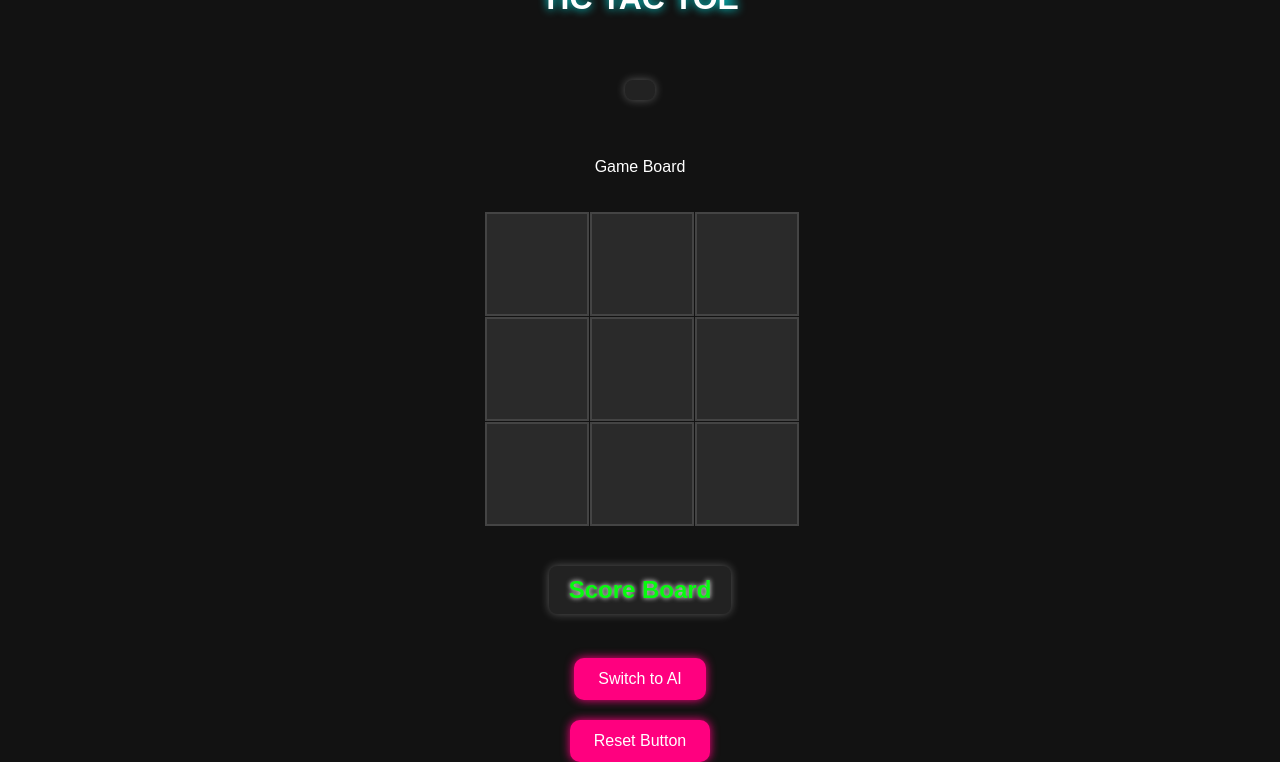
Repository: Yash19075/TicTacToe-game
Page: TicTacToe.html
These files come from the project's save history. The page is drawn as it stood at one moment and after the next save; the edit follows.
The browser window is 1280 px wide. The pictures show the whole page.

Above is the page before, as saved 2025-03-09 11:12:12.

### TicTacToe.html
<!DOCTYPE html>
<html lang="en">
<head>
    <meta charset="UTF-8">
    <meta name="viewport" content="width=device-width, initial-scale=1.0">
    <title>TicTacToe</title>
    <link rel="stylesheet" href="TicTacToe.css">
</head>
<body>
    <h1>TIC TAC TOE</h1>

    <p class="player-turn"></p>

    <p>Game Board</p>
    <div class="css-board">
        <div class="cell" onclick="handleClick(0)"></div>
        <div class="cell" onclick="handleClick(1)"></div>
        <div class="cell" onclick="handleClick(2)"></div>
        <div class="cell" onclick="handleClick(3)"></div>
        <div class="cell" onclick="handleClick(4)"></div>
        <div class="cell" onclick="handleClick(5)"></div>
        <div class="cell" onclick="handleClick(6)"></div>
        <div class="cell" onclick="handleClick(7)"></div>
        <div class="cell" onclick="handleClick(8)"></div>
    </div>
    <p class="score-board">Score Board</p>
    <button class="css-switchButton">Switch to AI</button>
    <button class="css-resetButton" onclick="button_reset()">Reset Button</button>

    <script src="TicTacToe.js"></script>
</body>
</html>

### TicTacToe.css
body {
    display: flex;
    justify-content: center;
    align-items: center;
    flex-direction: column;
    height: 100vh;
    margin: 0;
    gap: 20px;
    background-color: #121212;
    color: white;
    font-family: Arial, sans-serif;
}

h1 {
    font-size: 32px;
    text-shadow: 0 0 10px #00ffff;
}


.css-board {
    display: grid;
    grid-template-columns: repeat(3, 100px);
    grid-template-rows: repeat(3, 100px);
    gap: 5px;
}

/* Game Board Cells */
.css-board div {
    display: flex;
    justify-content: center;
    align-items: center;
    border: 2px solid #444;
    background-color: #2a2a2a;
    color: #00ffff; /* Neon cyan */
    font-size: 36px;
    font-weight: bold;
    width: 100px;
    height: 100px;
    text-shadow: 0 0 10px #00ffff;
    transition: background-color 0.3s ease-in-out, box-shadow 0.3s;
}

/* Hover effect on empty cells */
.css-board div:hover {
    background-color: #333;
    box-shadow: 0 0 10px #00ffff;
    cursor: pointer;
}

/* Buttons */
.css-switchButton, .css-resetButton {
    padding: 12px 24px;
    border-radius: 10px;
    cursor: pointer;
    font-size: 16px;
    border: none;
    background-color: #ff007f; /* Neon pink */
    color: white;
    box-shadow: 0 0 10px #ff007f;
    transition: transform 0.2s ease-in-out, background-color 0.3s, box-shadow 0.3s;
}

.css-switchButton:hover, .css-resetButton:hover {
    background-color: #ff00ff; /* Brighter glow */
    box-shadow: 0 0 15px #ff00ff;
    transform: scale(1.1);
}

.score-board {
    font-size: 24px;
    font-weight: bold;
    padding: 10px 20px;
    border-radius: 8px;
    background-color: #222; /* Dark background */
    color: rgb(6, 251, 14);
    text-shadow: 0 0 5px #ffffff;
    box-shadow: 0 0 10px rgba(255, 255, 255, 0.3);
    transition: background-color 0.3s ease-in-out, box-shadow 0.3s ease-in-out;
}

.player-turn {
    font-size: 22px;
    font-weight: bold;
    padding: 10px 15px;
    border-radius: 8px;
    background-color: #222; /* Dark background */
    color: white;
    text-shadow: 0 0 5px #ffffff;
    box-shadow: 0 0 10px rgba(255, 255, 255, 0.3);
    transition: background-color 0.3s ease-in-out, box-shadow 0.3s ease-in-out, color 0.3s;
}

.game-board {
    font-size: 22px;
    font-weight: bold;
    padding: 10px 15px;
    border-radius: 8px;
    background-color: #222; /* Dark background */
    color: white;
    text-shadow: 0 0 5px #ffffff;
    box-shadow: 0 0 10px rgba(255, 255, 255, 0.3);
    transition: background-color 0.3s ease-in-out, box-shadow 0.3s ease-in-out, color 0.3s;
}

### TicTacToe.js
let board = ["","","","","","","","",""];
move = 'X';
const cells = document.querySelectorAll(".css-board div");
console.log(cells)

let cellCount = 0;
let winningPattern = [
    [0,1,2],
    [3,4,5],
    [6,7,8],
    [0,3,6],
    [1,4,7],
    [2,5,8],
    [0,4,8],
    [2,4,6]
]

// for (let i = 0; i < cells.length; i++) {
//     cells[i].onclick = function () {
//         handleClick(i);
//     };
// }

function winner() {
    for (let pattern of winningPattern)
    {
        let pos0 = cells[pattern[0]].innerText;
        let pos1 = cells[pattern[1]].innerText;
        let pos2 = cells[pattern[2]].innerText;
        // console.log(pos0,pos1,pos2);
        if(pos0 != "" && pos1!= "" && pos2 != "")
        {
            if(pos0 === pos1 && pos1 === pos2)
            {
                // console.log("Winner");
                document.querySelector(".score-board").innerText = `${pos0}'s Win`;
                for (let cell of cells) {
                    cell.onclick = null;
                    cell.classList.add("disabled");
                }
            return pos0;
            }
        }
        if(cellCount == 9)
        {
            document.querySelector(".score-board").innerText = `Its a draw`;
        }
    }
}



function handleClick(index) {
 if(move === 'X')
    {
        document.querySelector(".player-turn").innerHTML = `Player 0's turn`;
    }
    else
    {
        document.querySelector(".player-turn").innerHTML = `Player X's turn`
    }
    if (cells[index].innerHTML === '') {
        cells[index].innerHTML = move;
        move = move === 'X' ? 'O' : 'X';
        cells[index].onclick = null;
        cellCount++;
        console.log(cellCount);
    }
    winner();
}

function button_reset() {
    for(let i = 0; i <cells.length; i++)
    {
        cells[i].innerHTML = '';
        board[i] = '';
        document.querySelector(".score-board").innerText = 'ScoreBoard';
        cells[i].onclick = function() { handleClick(i); };
        document.querySelector(".player-turn").innerHTML = `Player X's turn`;
        cellCount = 0;
    }
    move = 'X'
}

After the next save:
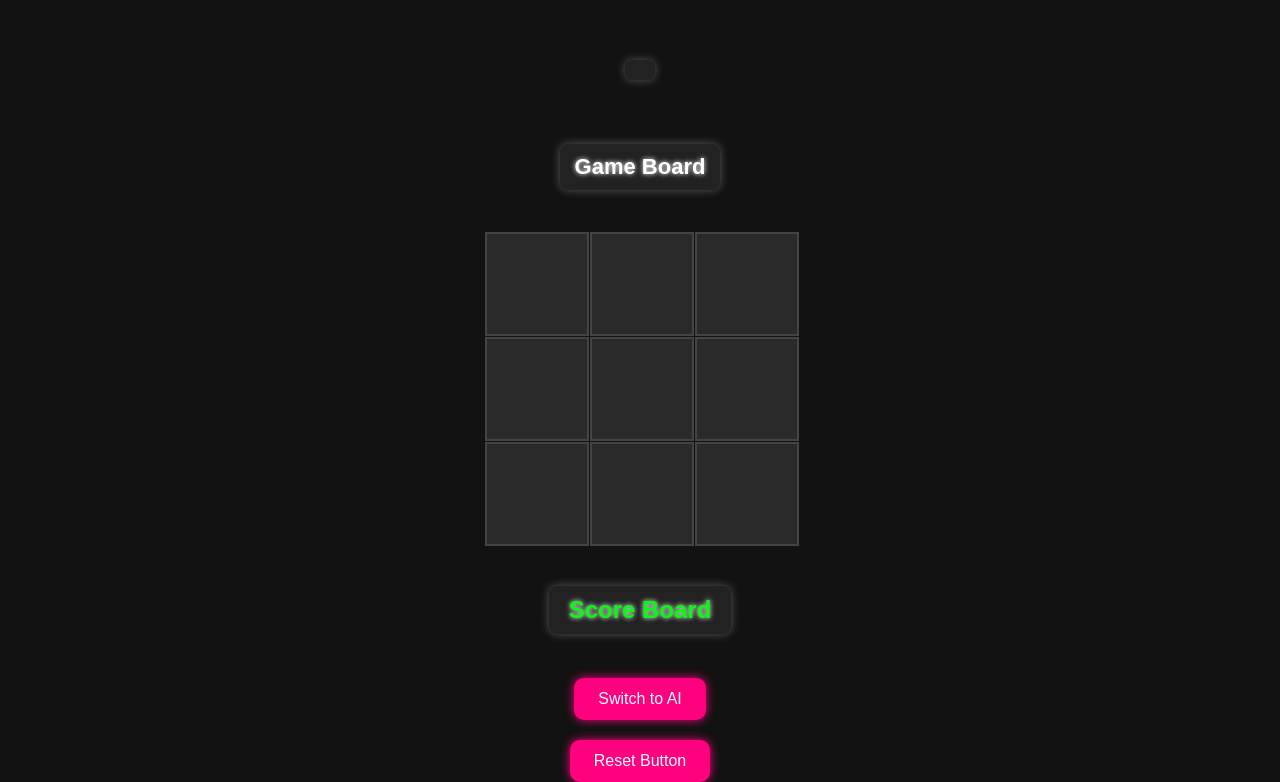
Saved 10 s later.
--- a/TicTacToe.html
+++ b/TicTacToe.html
@@ -11,7 +11,7 @@
 
     <p class="player-turn"></p>
 
-    <p>Game Board</p>
+    <p class="game-board">Game Board</p>
     <div class="css-board">
         <div class="cell" onclick="handleClick(0)"></div>
         <div class="cell" onclick="handleClick(1)"></div>

After the save that followed:
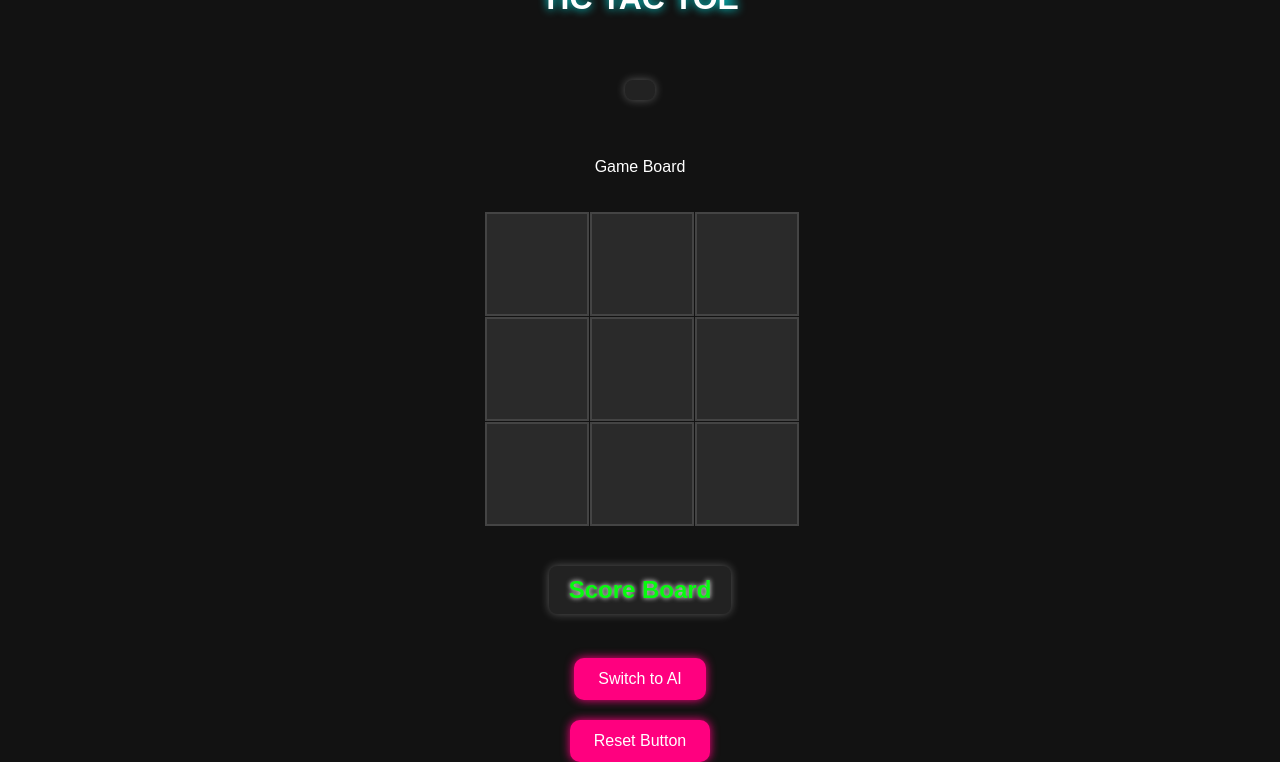
Saved 7 s later.
--- a/TicTacToe.html
+++ b/TicTacToe.html
@@ -11,7 +11,7 @@
 
     <p class="player-turn"></p>
 
-    <p class="game-board">Game Board</p>
+    <p class="">Game Board</p>
     <div class="css-board">
         <div class="cell" onclick="handleClick(0)"></div>
         <div class="cell" onclick="handleClick(1)"></div>
